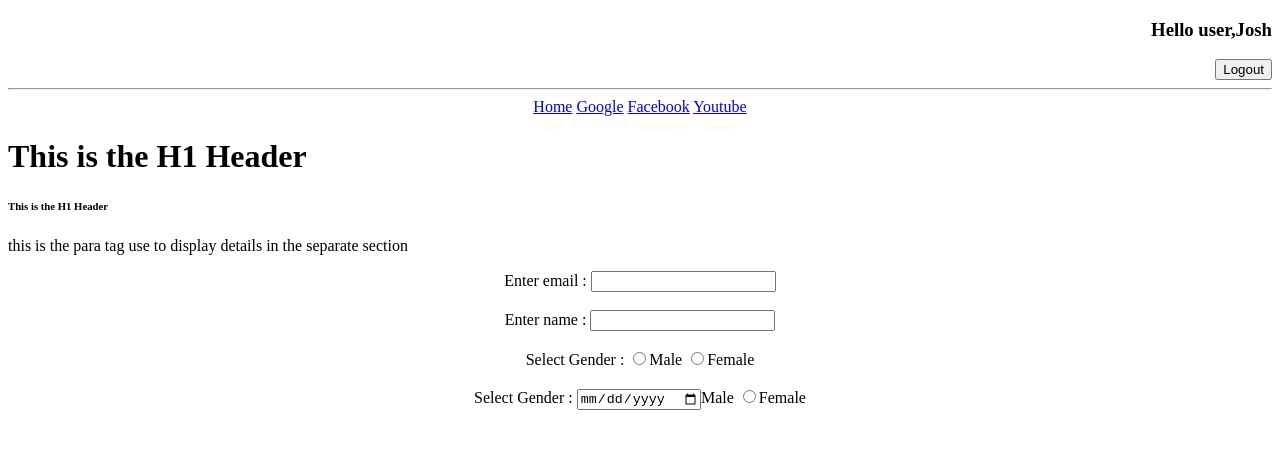
Repository: devandevare/Java
Page: Adv Java/Projects/first-web-app/src/main/webapp/demo.html
An editor plug-in stored every save of this project. The page is shown before and after the next save, followed by the edit.
The browser window is 1280 px wide. The pictures show the whole page.

Above is the page before, as saved 2022-09-25 05:53:08.

### Adv Java/Projects/first-web-app/src/main/webapp/demo.html
<!DOCTYPE html>
<html>
	<head>
	<meta charset="ISO-8859-1">
	<title> Html Revision</title>
	</head>
	<body>
		<div align="right">
			<h3>Hello user,Josh</h3>
			<button>Logout</button>
		</div>
		<hr>
	<div align="center">
	<a href="#">Home</a>
	<a href="https://www.google.com">Google</a>
	<a href="https://ww.facebook.com">Facebook</a>
	<a href="https://www.youtube.com">Youtube</a>


	</div>
		<h1>This is the H1 Header</h1>
		<h6>This is the H1 Header</h6>

		<p>
		this is the para tag use to display details in the separate section
		</p>

		<div align="center">
		<form action="" method="get">
		<label>Enter email :</label>
		<input type="email" name="email"> </input>
		<br/>
		<br/>
			<label>Enter name :</label>
		<input type="text" name="name"> </input>
		<br/>
		<br/>
			<label>Select Gender :</label>
		<input type="radio" name="gender" value="Male">Male </input>
		<input type="radio" name="gender" value="Female">Female </input>
		<br/>
		<br/>
			<label>Select Gender :</label>
		<input type="date" name="dob" value="Male">Male </input>
		<input type="radio" name="gender" value="Female">Female </input>
		</form>
		</div>



	</body>
</html>

After the next save:
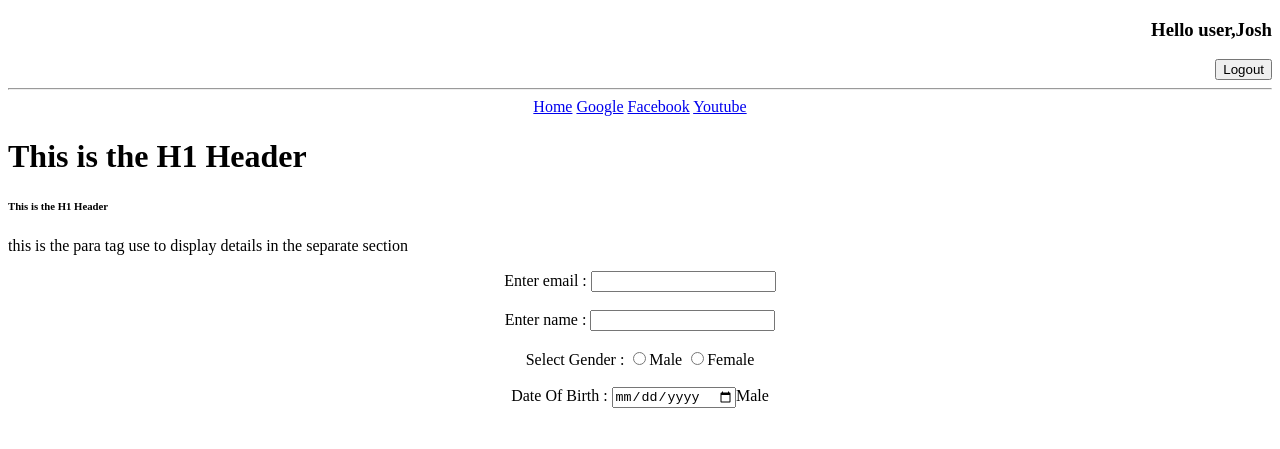
Saved 26 s later.
--- a/Adv Java/Projects/first-web-app/src/main/webapp/demo.html
+++ b/Adv Java/Projects/first-web-app/src/main/webapp/demo.html
@@ -40,9 +40,8 @@
 		<input type="radio" name="gender" value="Female">Female </input>
 		<br/>
 		<br/>
-			<label>Select Gender :</label>
-		<input type="date" name="dob" value="Male">Male </input>
-		<input type="radio" name="gender" value="Female">Female </input>
+			<label>Date Of Birth :</label>
+		<input type="date" name="dob" >Male </input>
 		</form>
 		</div>
 
